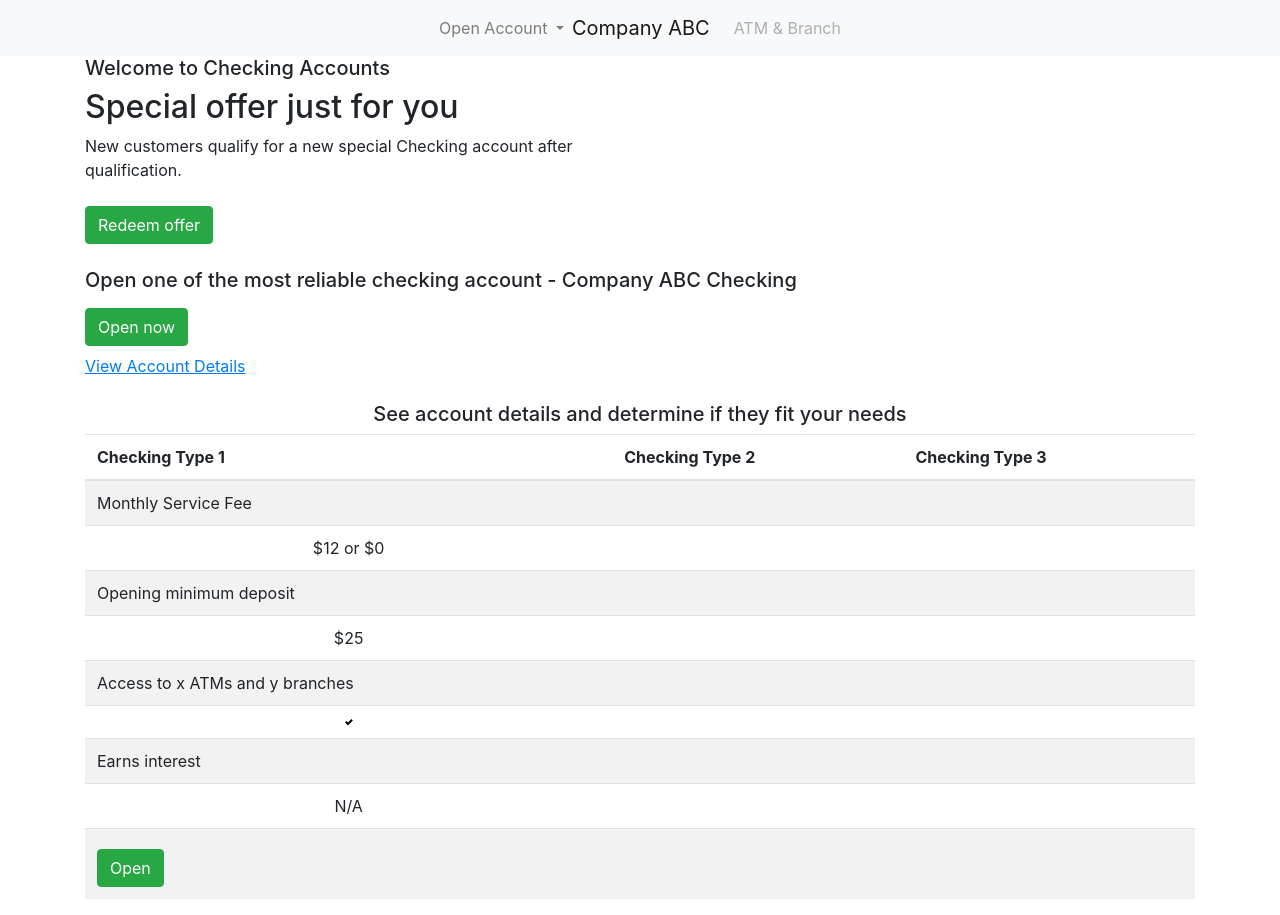
Repository: barriosan95/banking-opening-account-demo
Page: http://localhost/checking
The author's editor kept a record of every edit. The page is drawn from the files as they stood at one moment, then again after the next edit.
The browser window is 1280 px wide. The pictures show the whole page.
Some web fonts or font styles are not loaded; a fallback is used. Some web libraries are served in a nearby version. The page is served by the project's Node server (index.js).

Above is the page before.

After the next edit:
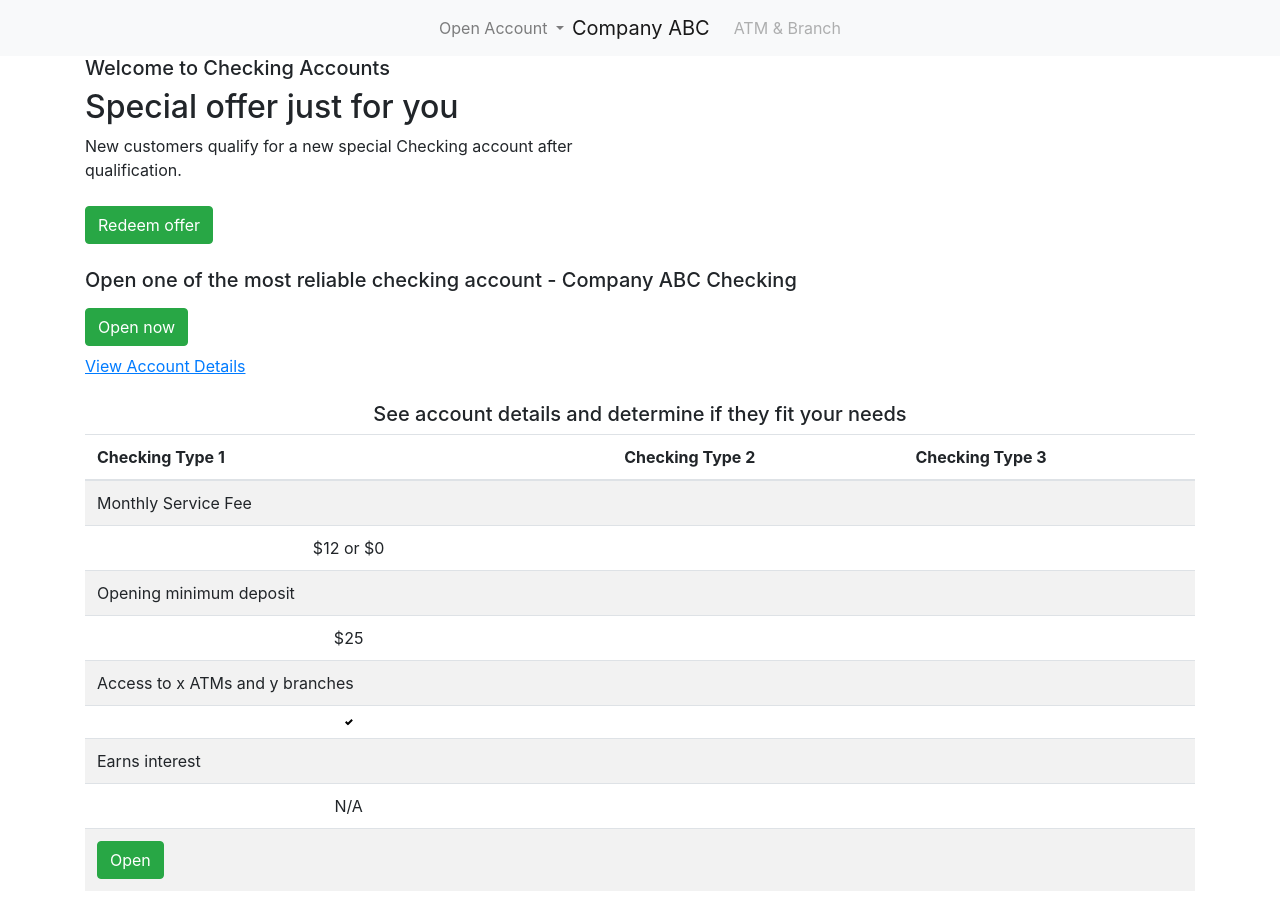
The edit:
--- a/views/checking.ejs
+++ b/views/checking.ejs
@@ -72,7 +72,7 @@
               <td></td>
             </tr>
             <tr>
-              <td> <button type="submit" class="btn btn-success mt-2">Open</button> </td>
+              <td> <button type="submit" class="btn btn-success">Open</button> </td>
               <td></td>
               <td></td>
             </tr>
